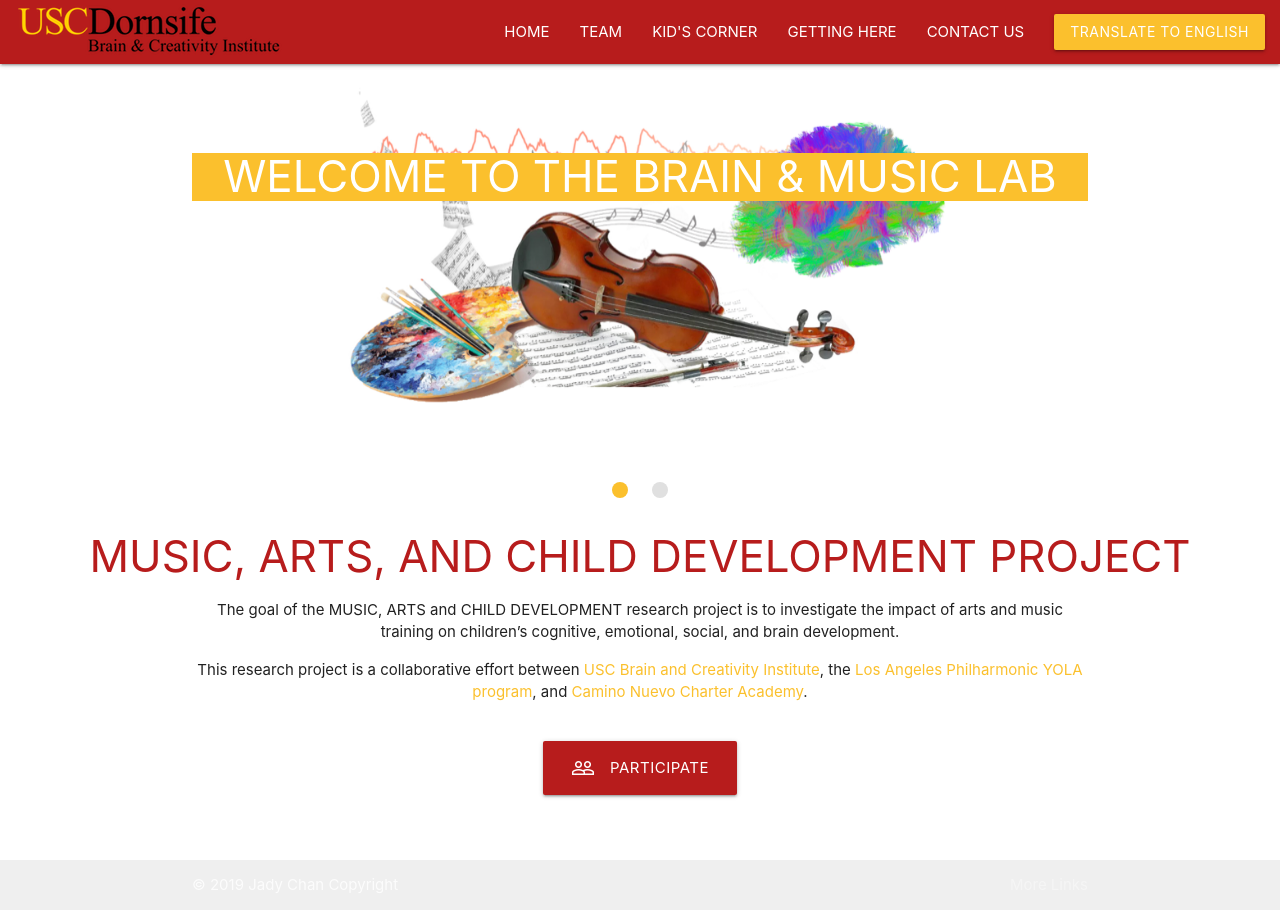
Repository: jadcy/brain-music
Page: indexsp.html
The author's editor kept a record of every edit. The page is drawn from the files as they stood at one moment, then again after the next edit.
The browser window is 1280 px wide. The pictures show the whole page.
Some web libraries are served in a nearby version.

Above is the page before.

### indexsp.html
<!DOCTYPE html>
<html>
    <head>
      <meta charset="UTF-8">
      <meta name="viewport" content="width=device-width, initial-scale=1.0">
      <meta http-equiv="X-UA-Compatible" content="ie=edge">
      <!-- font awesome -->
      <link rel="stylesheet" href="https://use.fontawesome.com/releases/v5.0.13/css/all.css" integrity="sha384-DNOHZ68U8hZfKXOrtjWvjxusGo9WQnrNx2sqG0tfsghAvtVlRW3tvkXWZh58N9jp" crossorigin="anonymous">
      <!--Import Google Icon Font-->
      <link href="https://fonts.googleapis.com/icon?family=Material+Icons" rel="stylesheet">
      <!-- Compiled and minified CSS -->
      <link rel="stylesheet" href="https://cdnjs.cloudflare.com/ajax/libs/materialize/1.0.0-beta/css/materialize.min.css">
      <link type="text/css" rel="stylesheet" href="css/materialize.css"  media="screen,projection"/>
      <link rel="icon" href="img/music2.png">
    </head>

    <body>
        <div class = "navbar-fixed">
          <nav class = "nav red darken-4">
            <div class="nav-wrapper">
              <a href="#!" class="brand-logo"><img src = "img/logo.png"/></a>
              <ul class="right hide-on-med-and-down">
                <li><a href="index.html">HOME</a></li>
                <li><a href="team.html">TEAM</a></li>
                <li><a href="team.html">KID'S CORNER</a></li>
                <li><a href="getting.html">GETTING HERE</a></li>
                <li><a href="contact.html">CONTACT US</a></li>
                <li><a class="waves-effect waves-light btn" style="background-color: #fbc02d" href="index.html">TRANSLATE TO ENGLISH</a></li>
              </ul>
            </div>
          </nav>
        </div>

        <div class="slider">
          <ul class="slides">
            <li>
              <img src="img/music2.png" class="responsive-img">
              <div class="caption center-align">
                <h3 style="background-color:#fbc02d;">WELCOME TO THE BRAIN & MUSIC LAB</h3>
              </div>
            </li>
            <li>
              <img src="img/music1.png" class="responsive-img">
            </li>
          </ul>
        </div>

        <div class = "center">
          <h3 style="color:#b71c1c">MUSIC, ARTS, AND CHILD DEVELOPMENT PROJECT</h3>
        </div>

        <div class="container">
        <div class="center">
          <p style="text-align:center;">The goal of the MUSIC, ARTS and CHILD DEVELOPMENT research project is to investigate the impact of arts and music training on children’s cognitive, emotional, social, and brain development.</p>
          <p style="text-align:center">This research project is a collaborative effort between <a href="https://dornsife.usc.edu/bci/" target="_blank" style="color:#fbc02d">USC Brain and Creativity Institute</a>, the <a href="https://www.laphil.com/education/local-programs/youth-orchestra-los-angeles/" target="_blank" style="color:#fbc02d">Los Angeles Philharmonic YOLA program</a>, and <a href="https://www.caminonuevo.org/" target="_blank" style="color:#fbc02d">Camino Nuevo Charter Academy</a>.</p>
          <br>
          <a class="waves-effect waves-light btn-large red darken-4" href="contact.html"><i class="material-icons left">people_outline</i>PARTICIPATE</a>

        </div></div>

        <br><br>
        <footer class="page-footer">
          <div class="footer-copyright">
            <div class="container">
            © 2019 Jady Chan Copyright
            <a class="grey-text text-lighten-4 right" href="#!">More Links</a>
            </div>
          </div>
        </footer>

        <!-- Compiled and minified JavaScript -->
        <script src="https://code.jquery.com/jquery-3.3.1.min.js"></script>
        <script src="https://cdnjs.cloudflare.com/ajax/libs/materialize/1.0.0-beta/js/materialize.min.js"></script>
        <script>
          $(document).ready(function(){
            $('.slider').slider();
          });
        </script>
    </body>
</html>

Loaded but not shown: css/materialize.css (library)

After the next edit:
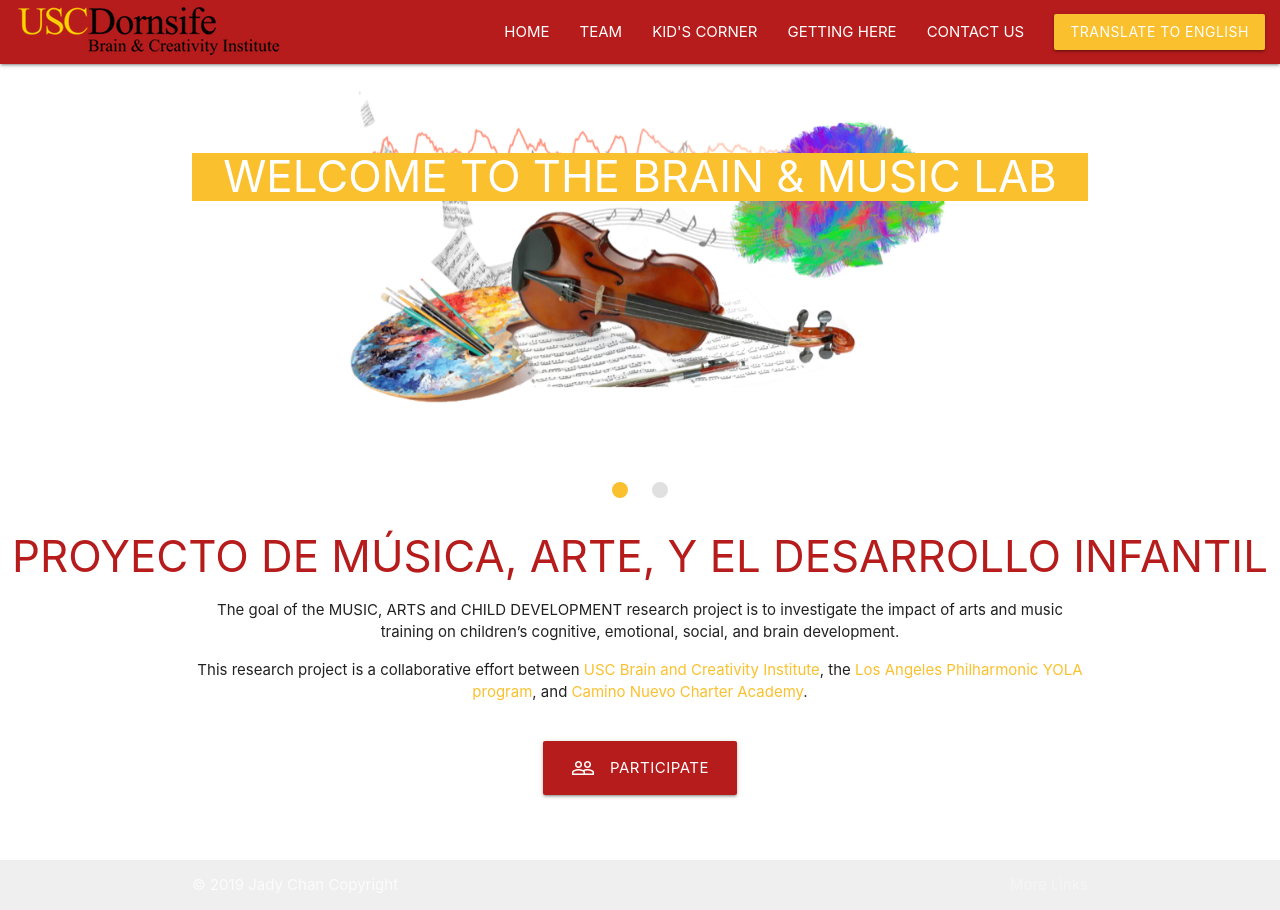
The edit:
--- a/indexsp.html
+++ b/indexsp.html
@@ -46,7 +46,7 @@
         </div>
 
         <div class = "center">
-          <h3 style="color:#b71c1c">MUSIC, ARTS, AND CHILD DEVELOPMENT PROJECT</h3>
+          <h3 style="color:#b71c1c">PROYECTO DE MÚSICA, ARTE, Y EL DESARROLLO INFANTIL</h3>
         </div>
 
         <div class="container">
